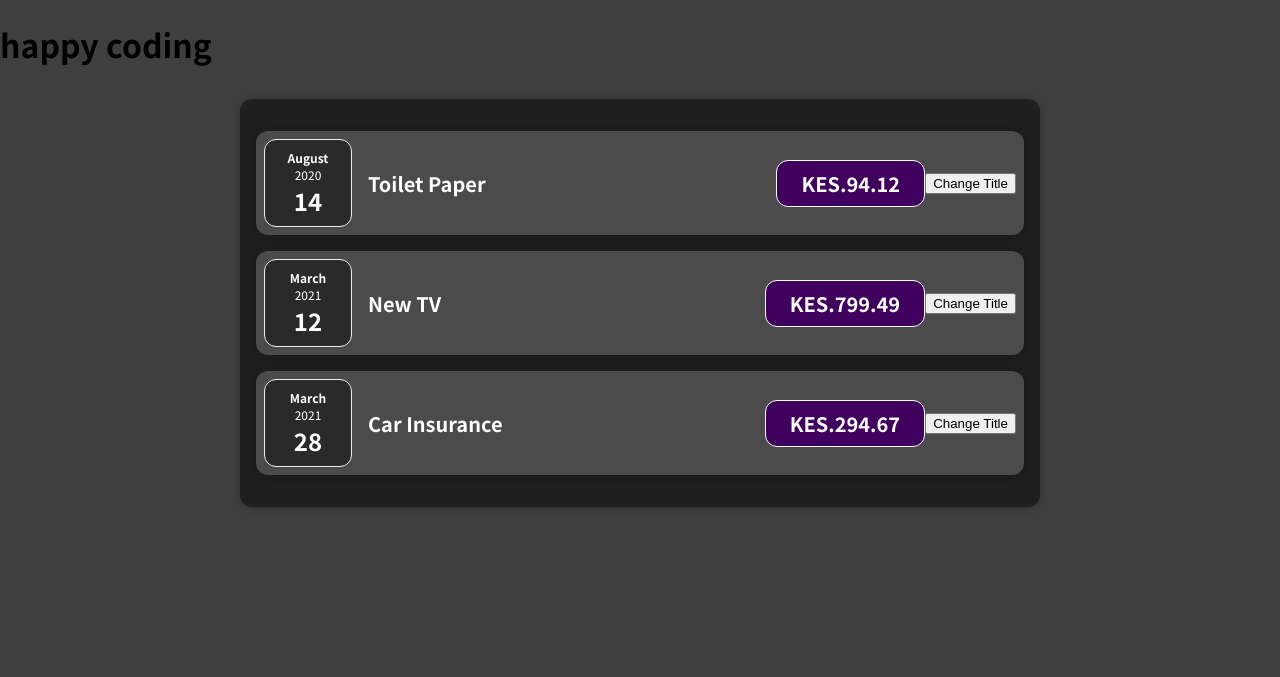
Repository: Samkiroko/expense-tracker-react
Page: /
An editor plug-in stored every save of this project. The page is shown before and after the next save, followed by the edit.
The browser window is 1280 px wide. The pictures show the whole page.
The project was rebuilt for these pictures with package versions that can differ from the ones it lists, and the page was loaded fresh each time.

Above is the page before, as saved 2021-06-08 17:03:02.

### src/index.css
@import url('https://fonts.googleapis.com/css2?family=Noto+Sans+JP:wght@400;700&display=swap');
* {
    box-sizing: border-box;
}

html {
    font-family: 'Noto Sans JP', sans-serif;
}

body {
    margin: 0;
    background-color: #3f3f3f;
}

### src/App.js
import Expenses from './components/Expenses/Expenses'

function App() {
  const expenses = [
    {
      id: 'e1',
      title: 'Toilet Paper',
      amount: 94.12,
      date: new Date(2020, 7, 14),
    },
    { id: 'e2', title: 'New TV', amount: 799.49, date: new Date(2021, 2, 12) },
    {
      id: 'e3',
      title: 'Car Insurance',
      amount: 294.67,
      date: new Date(2021, 2, 28),
    },
    {
      id: 'e4',
      title: 'New Desk (Wooden)',
      amount: 450,
      date: new Date(2021, 5, 12),
    },
  ]
  return (
    <div className='App'>
      <h1>happy coding</h1>
      <Expenses items={expenses} />
    </div>
  )
}

export default App

### src/components/Expenses/Expenses.js
import React from 'react'
import Card from '../UI/Card'
import ExpenseItem from './ExpenseItem'
import './Expenses.css'

function Expenses(props) {
  return (
    <Card className='expenses'>
      <ExpenseItem title={props.items[0].title} amount={props.items[0].amount} date={props.items[0].date} />
      <ExpenseItem title={props.items[1].title} amount={props.items[1].amount} date={props.items[1].date} />
      <ExpenseItem title={props.items[2].title} amount={props.items[2].amount} date={props.items[2].date} />
    </Card>
  )
}

export default Expenses

### src/components/UI/Card.js
import './Card.css'

function Card(props) {
  const classes = 'card ' + props.className

  return <div className={classes}>{props.children}</div>
}

export default Card

### src/components/Expenses/ExpenseItem.js
import React, { useState } from 'react'
import Card from '../UI/Card'
import ExpenseDate from './ExpenseDate'
import './ExpenseItem.css'

function ExpenseItem(props) {
  const [title, setTitle] = useState(props.title)

  const clickHandler = () => {
    setTitle('Update!')
  }
  return (
    <Card className='expense-item'>
      <ExpenseDate date={props.date} />
      <div className='expense-item__description'>
        <h2>{title}</h2>
        <div className='expense-item__price'>KES.{props.amount}</div>
      </div>
      <button onClick={clickHandler}>Change Title</button>
    </Card>
  )
}

export default ExpenseItem

### src/components/Expenses/ExpenseDate.js
import React from 'react'
import './ExpenseDate.css'

function ExpenseDate(props) {
  const month = props.date.toLocaleString('en-US', { month: 'long' })
  const day = props.date.toLocaleString('en-US', { day: '2-digit' })
  const year = props.date.getFullYear()
  return (
    <div className='expense-date'>
      <div className='expense-date__month'>{month}</div>
      <div className='expense-date__year'>{year}</div>
      <div className='expense-date__day'>{day}</div>
    </div>
  )
}

export default ExpenseDate

### src/components/Expenses/ExpenseItem.css
.expense-item {
    display: flex;
    justify-content: space-between;
    align-items: center;
    padding: 0.5rem;
    margin: 1rem 0;
    background-color: #4b4b4b;
}

.expense-item__description {
    display: flex;
    flex-direction: column;
    gap: 1rem;
    align-items: flex-end;
    flex-flow: column-reverse;
    justify-content: flex-start;
    flex: 1;
}

.expense-item h2 {
    color: #3a3a3a;
    font-size: 1rem;
    flex: 1;
    margin: 0 1rem;
    color: white;
}

.expense-item__price {
    font-size: 1rem;
    font-weight: bold;
    color: white;
    background-color: #40005d;
    border: 1px solid white;
    padding: 0.5rem;
    border-radius: 12px;
}

@media (min-width: 580px) {
    .expense-item__description {
        flex-direction: row;
        align-items: center;
        justify-content: flex-start;
        flex: 1;
    }
    .expense-item__description h2 {
        font-size: 1.25rem;
    }
    .expense-item__price {
        font-size: 1.25rem;
        padding: 0.5rem 1.5rem;
    }
}

### src/components/NewExpense/NewExpense.js
import React from 'react'
import { ExpenseForm } from './ExpenseForm'
import './NewExpense.css'

const NewExpense = () => {
  return (
    <div className='new-expense'>
      <ExpenseForm />
    </div>
  )
}

export default NewExpense

### src/components/NewExpense/ExpenseForm.js
import React from 'react'

export const ExpenseForm = () => {
  return (
    <form>
      <div className='new-expense__controls'>
        <div className='New-expense__control'>
          <label>Title</label>
          <input type='text' />
        </div>
        <div className='New-expense__control'>
          <label>Amount</label>
          <input type='number' min='0.01' step='0.01' />
        </div>
        <div className='New-expense__control'>
          <label>Date</label>
          <input type='date' min='2019-01-01' max='2022-12-31' />
        </div>
      </div>
      <div className='new-expense__action'>
        <button type='submit'>Add Expense</button>
      </div>
    </form>
  )
}

### src/components/NewExpense/NewExpense.css
.new-expense {
    background-color: #a892ee;
    padding: 1rem;
    margin: 2rem auto;
    width: 50rem;
    max-width: 95%;
    border-radius: 12px;
    text-align: center;
    box-shadow: 0 1px 8px rgba(0, 0, 0, 0.25);
}

.new-expense button {
    font: inherit;
    cursor: pointer;
    padding: 1rem 2rem;
    border: 1px solid #40005d;
    background-color: #40005d;
    color: white;
    border-radius: 12px;
    margin-right: 1rem;
}

.new-expense button:hover,
.new-expense button:active {
    background-color: #510674;
    border-color: #510674;
}

.new-expense button.alternative {
    color: #220131;
    border-color: transparent;
    background-color: transparent;
}

.new-expense button.alternative:hover,
.new-expense button.alternative:active {
    background-color: #ddb3f8;
}

Loaded but not shown: public/index.html (common file); src/index.js (common file); src/components/Expenses/Expenses.css (common file); src/components/UI/Card.css (common file); src/components/Expenses/ExpenseDate.css (common file)

After the next save:
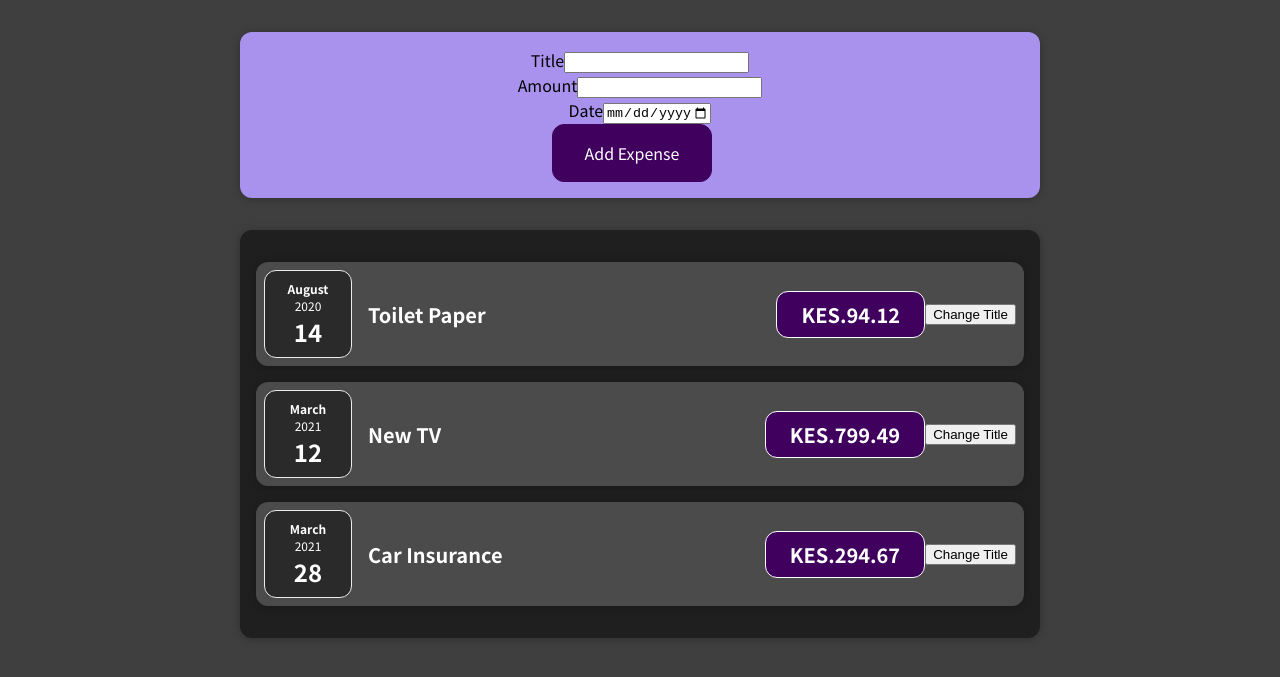
Saved 55 s later.
--- a/src/App.js
+++ b/src/App.js
@@ -1,4 +1,5 @@
 import Expenses from './components/Expenses/Expenses'
+import NewExpense from './components/NewExpense/NewExpense'
 
 function App() {
   const expenses = [
@@ -24,7 +25,7 @@ function App() {
   ]
   return (
     <div className='App'>
-      <h1>happy coding</h1>
+      <NewExpense />
       <Expenses items={expenses} />
     </div>
   )
